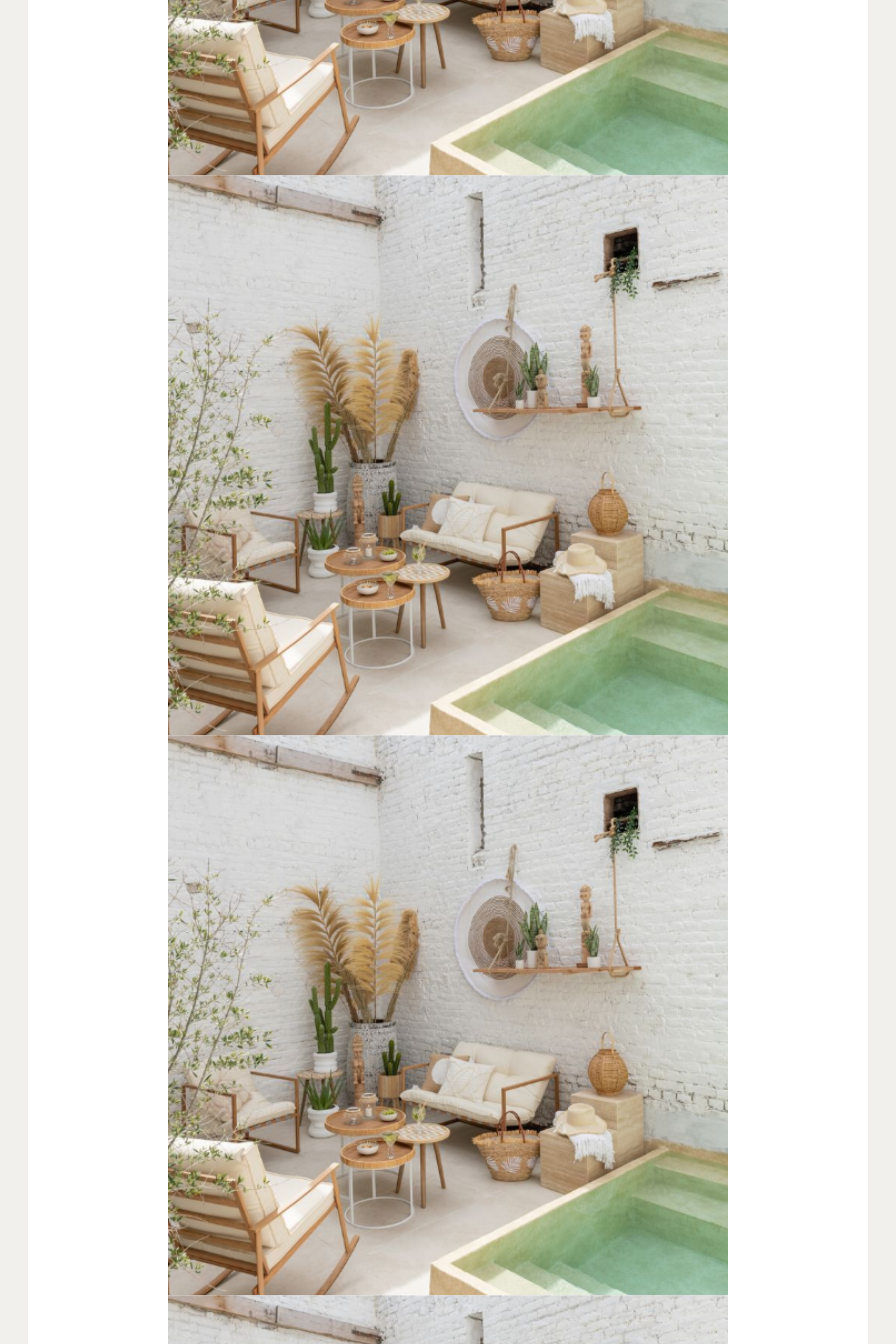
Repository: judiith-mf/dise-oInterior
Page: disenos.html
The author's editor kept a record of every edit. The page is drawn from the files as they stood at one moment, then again after the next edit.
The browser window is 1280 px wide. The pictures show the part of the page from y = 2012 to 3932 px (the page is 6262 px tall before and 7870 px after), at 70% of full size.

Above is the page before.
Console error: TypeError: Cannot set properties of null (setting 'onclick')

After the next edit:
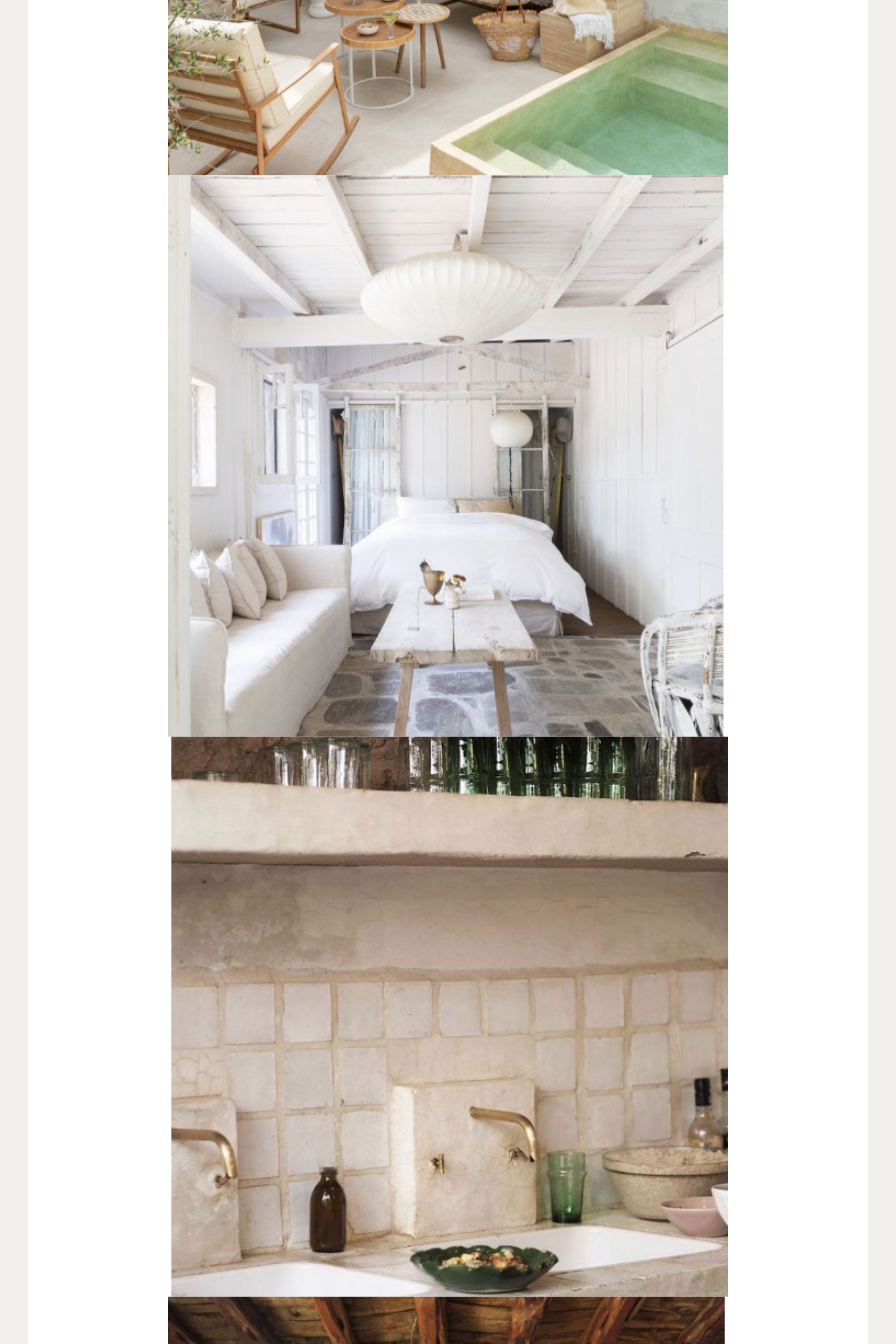
The edit:
--- a/disenos.html
+++ b/disenos.html
@@ -58,11 +58,13 @@
                 <div class="img">
                         <img src="imagenes/diseños/Captura.PNG"></img>
                         <img src="imagenes/diseños/1Captura.PNG"></img>
-                        <img src="imagenes/diseños/1Captura.PNG"></img>
-                        <img src="imagenes/diseños/1Captura.PNG"></img>
-                        <img src="imagenes/diseños/1Captura.PNG"></img>
-                        <img src="imagenes/diseños/1Captura.PNG"></img>
-                        <img src="imagenes/diseños/1Captura.PNG"></img>
+                        <img src="imagenes/diseños/2Captura.PNG"></img>
+                        <img src="imagenes/diseños/3Captura.PNG"></img>
+                        <img src="imagenes/diseños/4Captura.PNG"></img>
+                        <img src="imagenes/diseños/5Captura.PNG"></img>
+                        <img src="imagenes/diseños/6Captura.PNG"></img>
+                        <img src="imagenes/diseños/7Captura.PNG"></img>
+                        <img src="imagenes/diseños/8Captura.PNG"></img>
                 </div>
 
 
